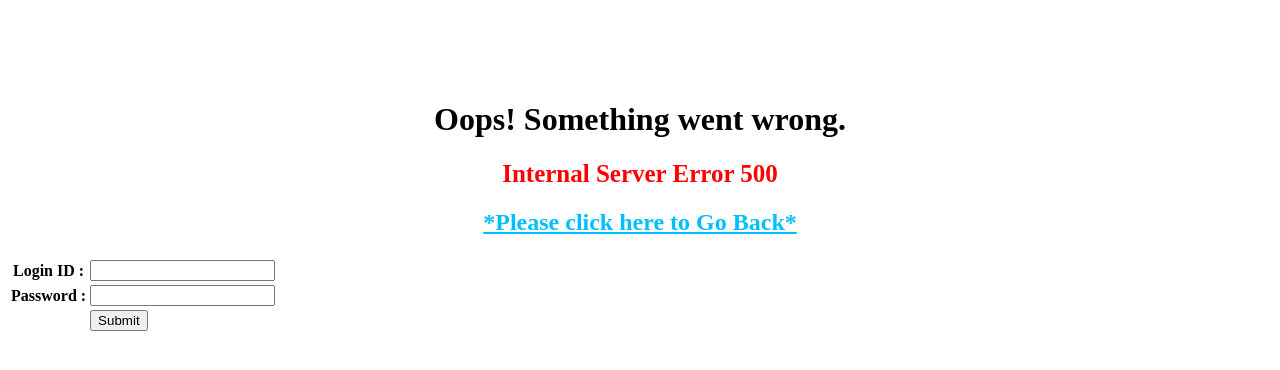
Repository: rish1208/Advance_java
Page: http://localhost/Advance-java-project/LoginView.jsp
An editor plug-in stored every save of this project. The page is shown before and after the next save, followed by the edit.
The browser window is 1280 px wide. The pictures show the whole page.
The page is served by Tomcat 9.

Above is the page before, as saved 2024-04-06 08:05:23.

After the next save:
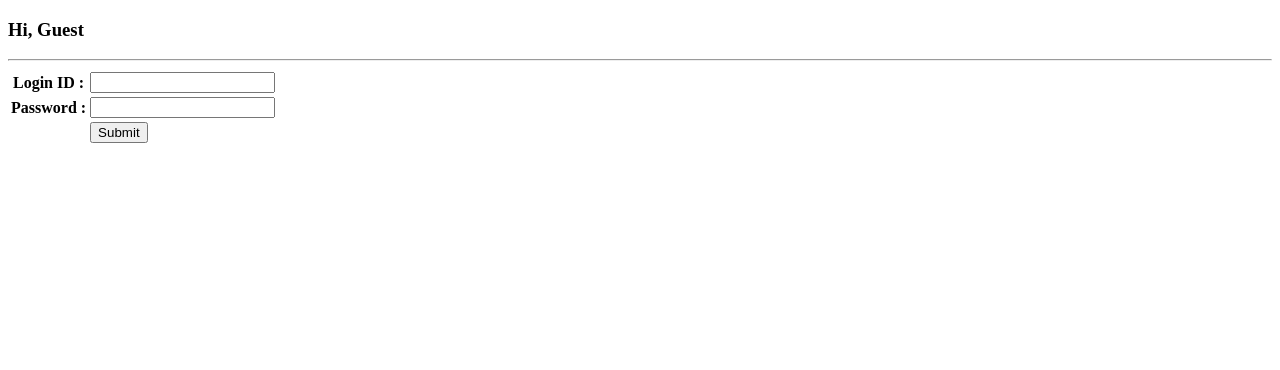
Saved 27 s later.
--- a/Advance java Workspace/Advance-java-project/WebContent/Header.jsp
+++ b/Advance java Workspace/Advance-java-project/WebContent/Header.jsp
@@ -1,5 +1,4 @@
-
-<%@ page isErrorPage="true"%>
+<%@page import="in.co.rays.bean.UserBean"%>
 <%@ page language="java" contentType="text/html; charset=ISO-8859-1"
 	pageEncoding="ISO-8859-1"%>
 <!DOCTYPE html>
@@ -9,18 +8,25 @@
 <title>Insert title here</title>
 </head>
 <body>
-	<br>
-	<br>
-	<br>
-	<br>
-	<div align="center">
-		<h1 align="center">Oops! Something went wrong.</h1>
-		<font style="color: red; font-size: 25px"><b>Internal
-				Server Error 500</b></font>
-
-	</div>
-	<h4 align="center">
-		<font size="5px" color="black"> <a href="Welcome.jsp"
-			style="color: deepskyblue;">*Please click here to Go Back*</a></font>
-	</h4>
+	<%
+		UserBean user = (UserBean) session.getAttribute("user");
+	%>
+	<%
+		if (user != null) {
+	%>
+	<h3>
+		Hi,
+		<%=user.getFirstName()%></h3>
+	<a href="UserCtl">Add User</a> |
+	<a href="UserListCtl">User List</a> |
+	<a href="LoginCtl?operation=logout">Logout</a>
+	<%
+		} else {
+	%>
+	<h3>Hi, Guest</h3>
+	<%
+		}
+	%>
+	<hr>
+</body>
 </html>
